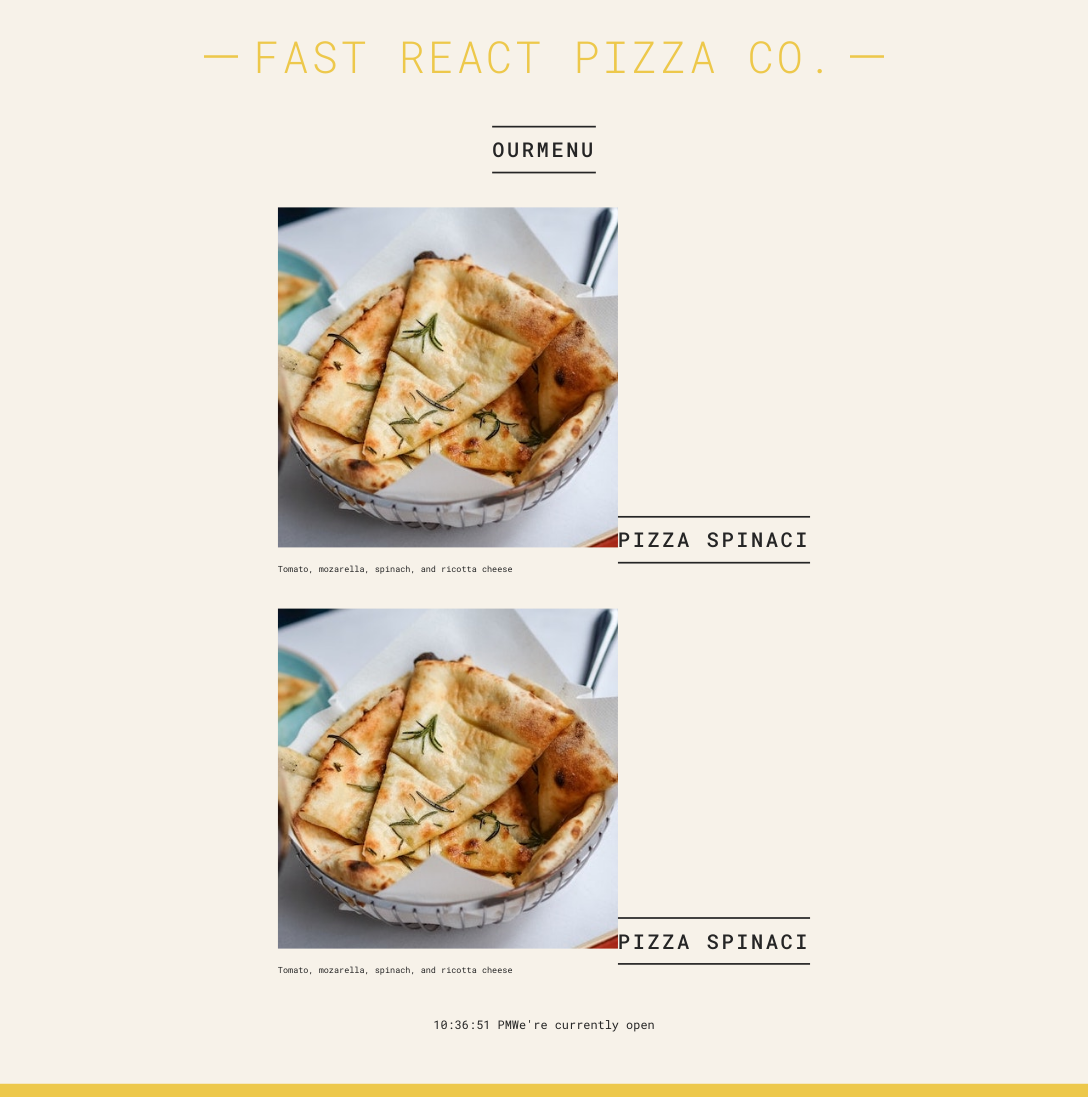
Repository: DhaWork/1-react-dasar-udemy-25
Page: /
These files come from the project's save history. The page is drawn as it stood at one moment and after the next save; the edit follows.
The browser window is 1280 px wide. The pictures show the whole page, at 85% of full size.
The project was rebuilt for these pictures with package versions that can differ from the ones it lists, and the page was loaded fresh each time.

Above is the page before, as saved 2025-04-02 11:52:08.

After the next save:
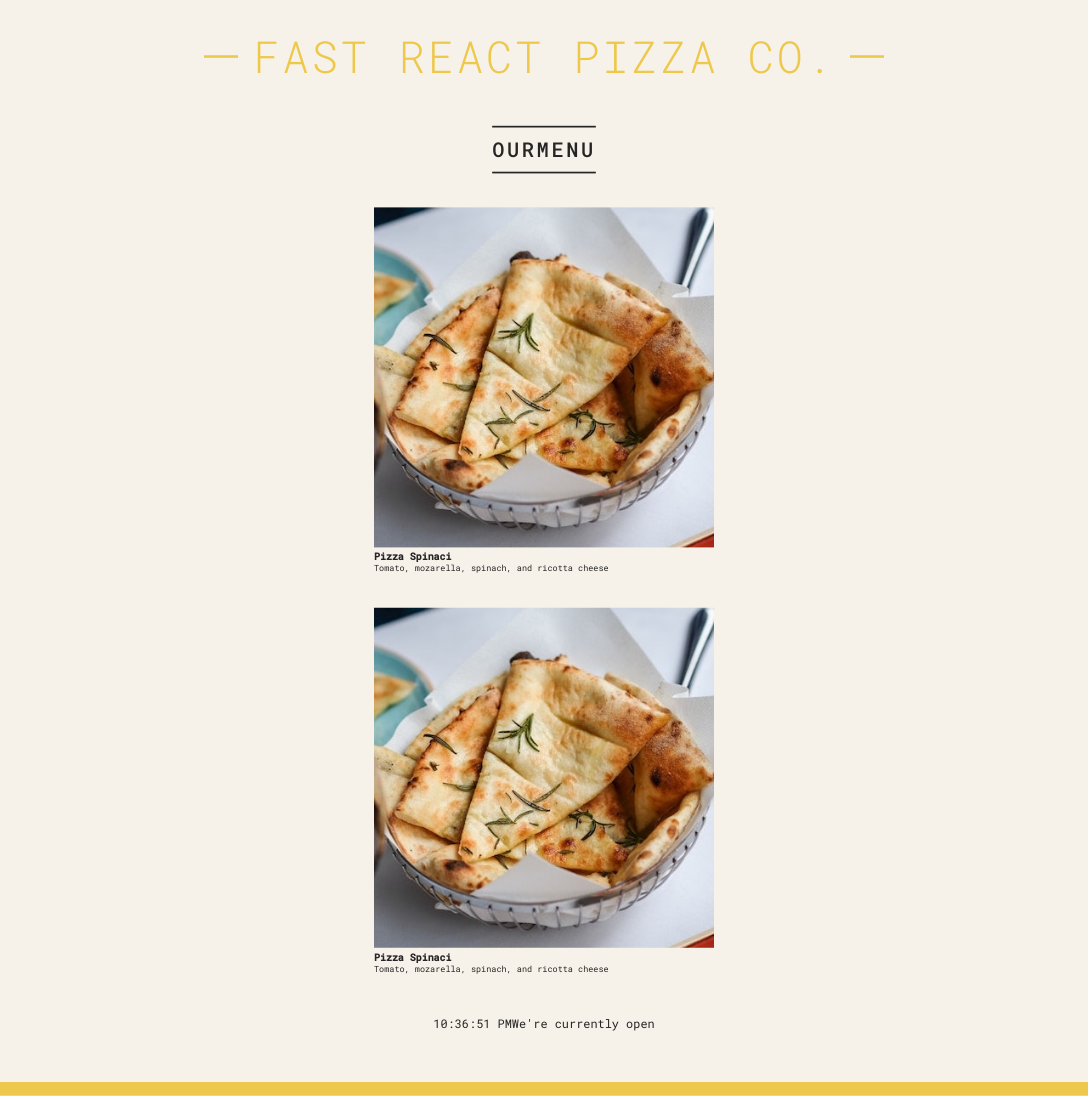
Saved 20 s later.
--- a/src/index.js
+++ b/src/index.js
@@ -100,7 +100,7 @@ function Pizza() {
   return (
     <div>
         <img src="pizzas/focaccia.jpg" alt="pizza spinaci" />
-      <h2>Pizza Spinaci</h2>
+      <h3>Pizza Spinaci</h3>
       <p>
         Tomato, mozarella, spinach, and ricotta cheese
       </p>
